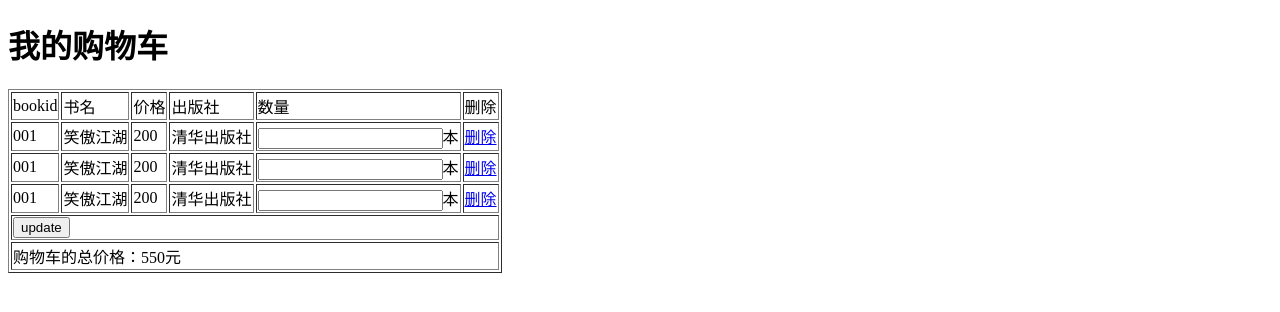
Repository: Elewei/learn-java
Page: http://localhost/shopcart/WEB-INF/showcart.jsp
An editor plug-in stored every save of this project. The page is shown before and after the next save, followed by the edit.
The browser window is 1280 px wide. The pictures show the whole page.
The page is served by Tomcat 9. Nobody is signed in. The template is opened directly, without the code that normally fills it, so the values that code supplies are empty.

Above is the page before, as saved 2016-12-02 13:41:08.

After the next save:
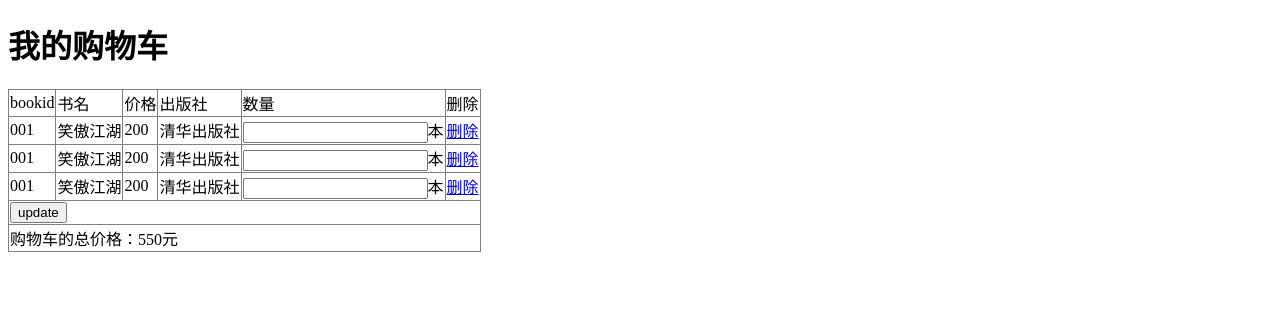
Saved 2 min 30 s later.
--- a/shopcart-system/shopcart/WebContent/WEB-INF/showcart.jsp
+++ b/shopcart-system/shopcart/WebContent/WEB-INF/showcart.jsp
@@ -9,7 +9,7 @@
 <body>
 	<h1>我的购物车</h1>
 	<form action="" method="" >
-		<table border="1">
+		<table border="1" style="border-collapse:collapse">
 			<tr><td>bookid</td><td>书名</td><td>价格</td><td>出版社</td><td>数量</td><td>删除</td></tr>
 			<tr><td>001</td><td>笑傲江湖</td><td>200</td><td>清华出版社</td><td><input type="text" name="bookNum" />本</td><td><a href="#" >删除</td></tr>
 			<tr><td>001</td><td>笑傲江湖</td><td>200</td><td>清华出版社</td><td><input type="text" name="bookNum" />本</td><td><a href="#" >删除</td></tr>
